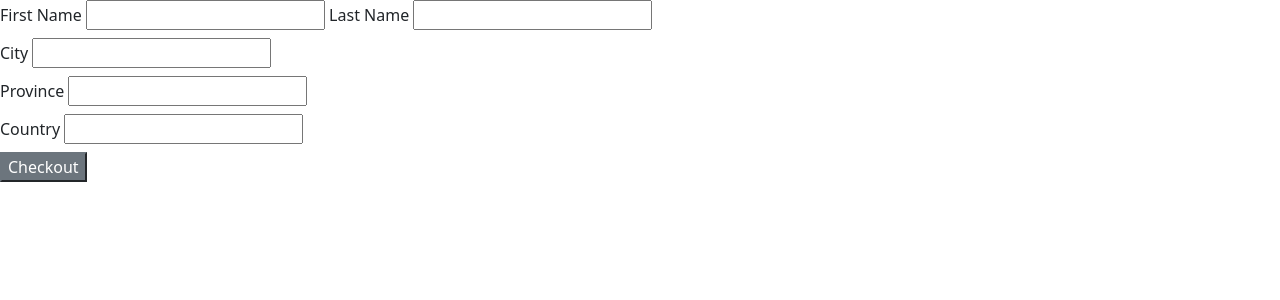
Repository: Flatbook/sliced_bread
Page: http://localhost/checkout
The author's editor kept a copy of each file at every save. The page is drawn from the files as they stood at one save, then again after the next save.
The browser window is 1280 px wide. The pictures show the whole page.
Some web libraries are served in a nearby version. The page is served by the project's application, run on Flask 3 (app.py).

Above is the page before, as saved 2021-05-15 23:44:19.

After the next save:
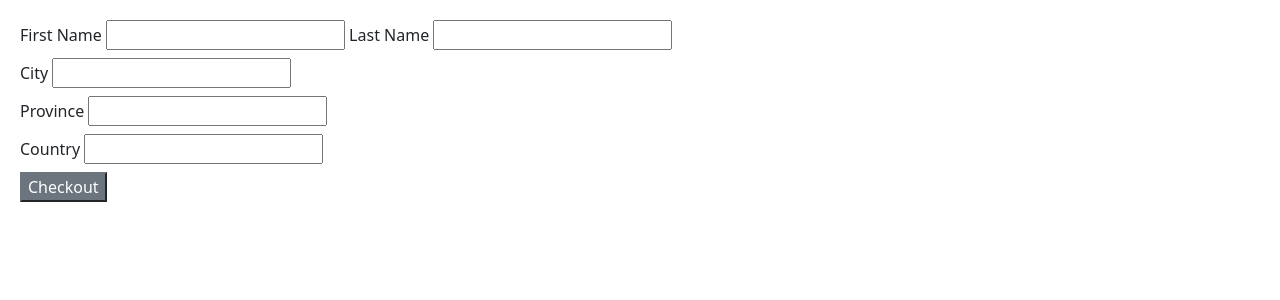
Saved 18 s later.
--- a/flask_project/templates/checkout.html
+++ b/flask_project/templates/checkout.html
@@ -1,7 +1,7 @@
 {% extends "layout.html" %}
 {% block content %}
 
-<form method = "POST" action ="{{ url_for('checkout')}}">
+<form method = "POST" action ="{{ url_for('checkout')}}" style="padding: 20px 20px;">
 	{{ form. csrf_token }}
 	{{ form.name.label(class ="form-label")}}
 
